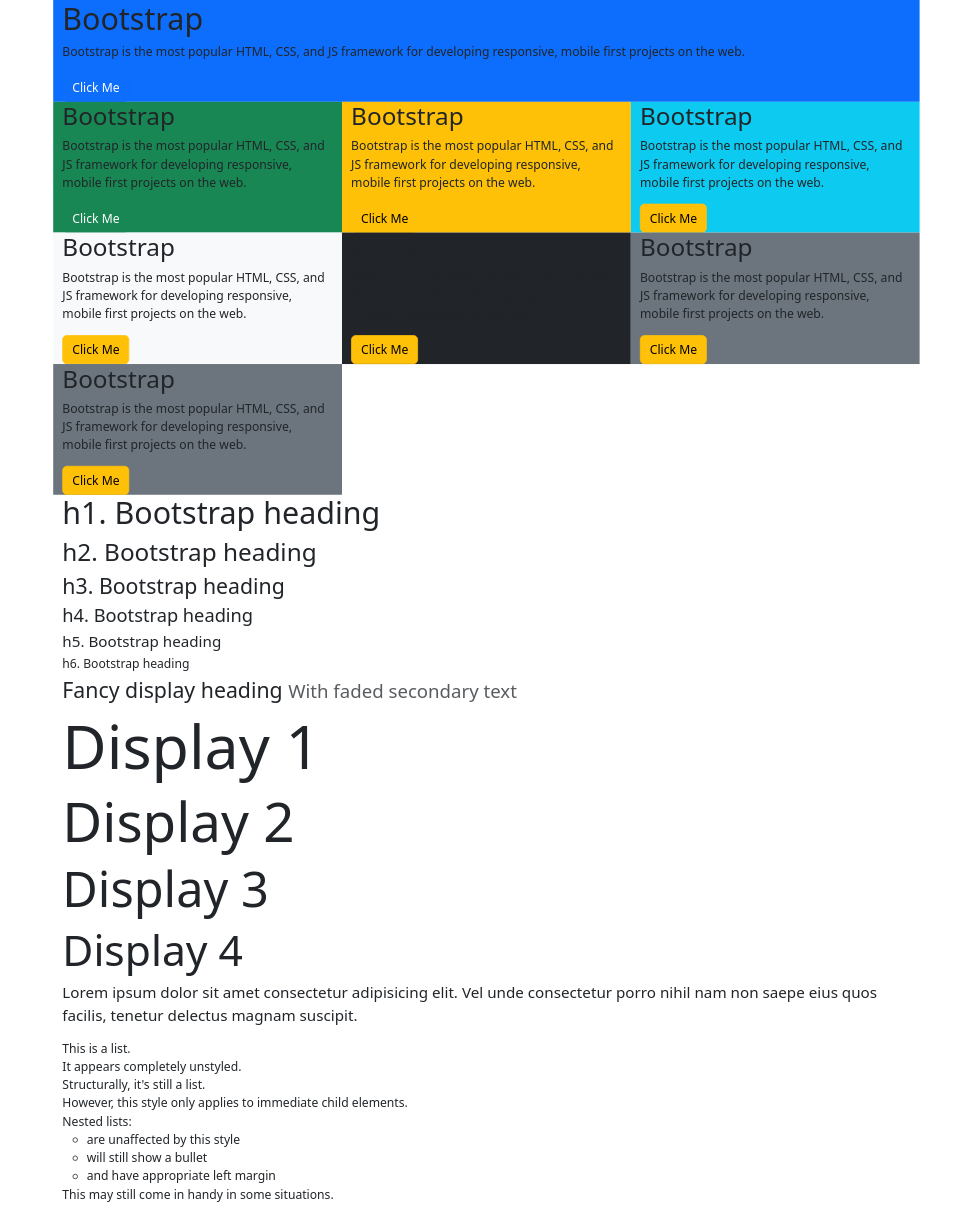
Repository: arunyerram/Web-TEChnologies
Page: b.html
An editor plug-in stored every save of this project. The page is shown before and after the next save, followed by the edit.
The browser window is 1280 px wide. The pictures show the whole page, at 76% of full size.

Above is the page before, as saved 2025-02-20 12:25:06.

### b.html
<!DOCTYPE html>
<html lang="en">
<head>
    <meta charset="UTF-8">
    <meta name="viewport" content="width=device-width, initial-scale=1.0">
    <title>Document</title>
    <script ></script>
    <link href="https://cdn.jsdelivr.net/npm/bootstrap@5.3.3/dist/css/bootstrap.min.css" rel="stylesheet" integrity="sha384-QWTKZyjpPEjISv5WaRU9OFeRpok6YctnYmDr5pNlyT2bRjXh0JMhjY6hW+ALEwIH" crossorigin="anonymous">
    <script src="https://cdn.jsdelivr.net/npm/bootstrap@5.3.3/dist/js/bootstrap.bundle.min.js" integrity="sha384-YvpcrYf0tY3lHB60NNkmXc5s9fDVZLESaAA55NDzOxhy9GkcIdslK1eN7N6jIeHz" crossorigin="anonymous"></script>
</head>
<body>
    <div class = "container ">
        <div class = "row mt-20">
            <div class = "col-sm-12 bg-primary">
                <h1>Bootstrap</h1>
                <p>Bootstrap is the most popular HTML, CSS, and JS framework for developing responsive, mobile first projects on the web.</p>
                <button class = "btn btn-primary">Click Me</button>
            </div>
        </div>

        <div class="row">
            <div class="col-sm-4 bg-success">
                <h2>Bootstrap</h2>
                <p>Bootstrap is the most popular HTML, CSS, and JS framework for developing responsive, mobile first projects on the web.</p>
                <button class="btn btn-success">Click Me</button>
            </div>
            <div class="col-sm-4 bg-warning">
                <h2>Bootstrap</h2>
                <p>Bootstrap is the most popular HTML, CSS, and JS framework for developing responsive, mobile first projects on the web.</p>
                <button class="btn btn-warning">Click Me</button>
            </div>
            <div class="col-sm-4 bg-info">
                <h2>Bootstrap</h2>
                <p>Bootstrap is the most popular HTML, CSS, and JS framework for developing responsive, mobile first projects on the web.</p>
                <button class="btn btn-warning">Click Me</button>
            </div>
            <div class="col-sm-4 bg-light">
                <h2>Bootstrap</h2>
                <p>Bootstrap is the most popular HTML, CSS, and JS framework for developing responsive, mobile first projects on the web.</p>
                <button class="btn btn-warning">Click Me</button>
            </div>
            <div class="col-sm-4 bg-dark">
                <h2>Bootstrap</h2>
                <p>Bootstrap is the most popular HTML, CSS, and JS framework for developing responsive, mobile first projects on the web.</p>
                <button class="btn btn-warning">Click Me</button>
            </div>
            <div class="col-sm-4 bg-secondary">
                <h2>Bootstrap</h2>
                <p>Bootstrap is the most popular HTML, CSS, and JS framework for developing responsive, mobile first projects on the web.</p>
                <button class="btn btn-warning">Click Me</button>
            </div>

            <div class="col-sm-4 bg-secondary">
                <h2>Bootstrap</h2>
                <p>Bootstrap is the most popular HTML, CSS, and JS framework for developing responsive, mobile first projects on the web.</p>
                <button class="btn btn-warning">Click Me</button>
            </div>

        <p class="h1">h1. Bootstrap heading</p>
        <p class="h2">h2. Bootstrap heading</p>
        <p class="h3">h3. Bootstrap heading</p>
        <p class="h4">h4. Bootstrap heading</p>
        <p class="h5">h5. Bootstrap heading</p>
        <p class="h6">h6. Bootstrap heading</p>

        <h3>
            Fancy display heading
            <small class="text-body-secondary">With faded secondary text</small>
        </h3>

        <h1 class="display-1">Display 1</h1>
        <h1 class="display-2">Display 2</h1>
        <h1 class="display-3">Display 3</h1>
        <h1 class="display-4">Display 4</h1>

        <p class="lead">Lorem ipsum dolor sit amet consectetur adipisicing elit. Vel unde consectetur porro nihil nam non saepe eius quos facilis, tenetur delectus magnam suscipit.</p>

        <ul class="list-unstyled">
            <li>This is a list.</li>
            <li>It appears completely unstyled.</li>
            <li>Structurally, it's still a list.</li>
            <li>However, this style only applies to immediate child elements.</li>
            <li>Nested lists:
              <ul>
                <li>are unaffected by this style</li>
                <li>will still show a bullet</li>
                <li>and have appropriate left margin</li>
              </ul>
            </li>
            <li>This may still come in handy in some situations.</li>
          </ul>
</body>
</html>

After the next save:
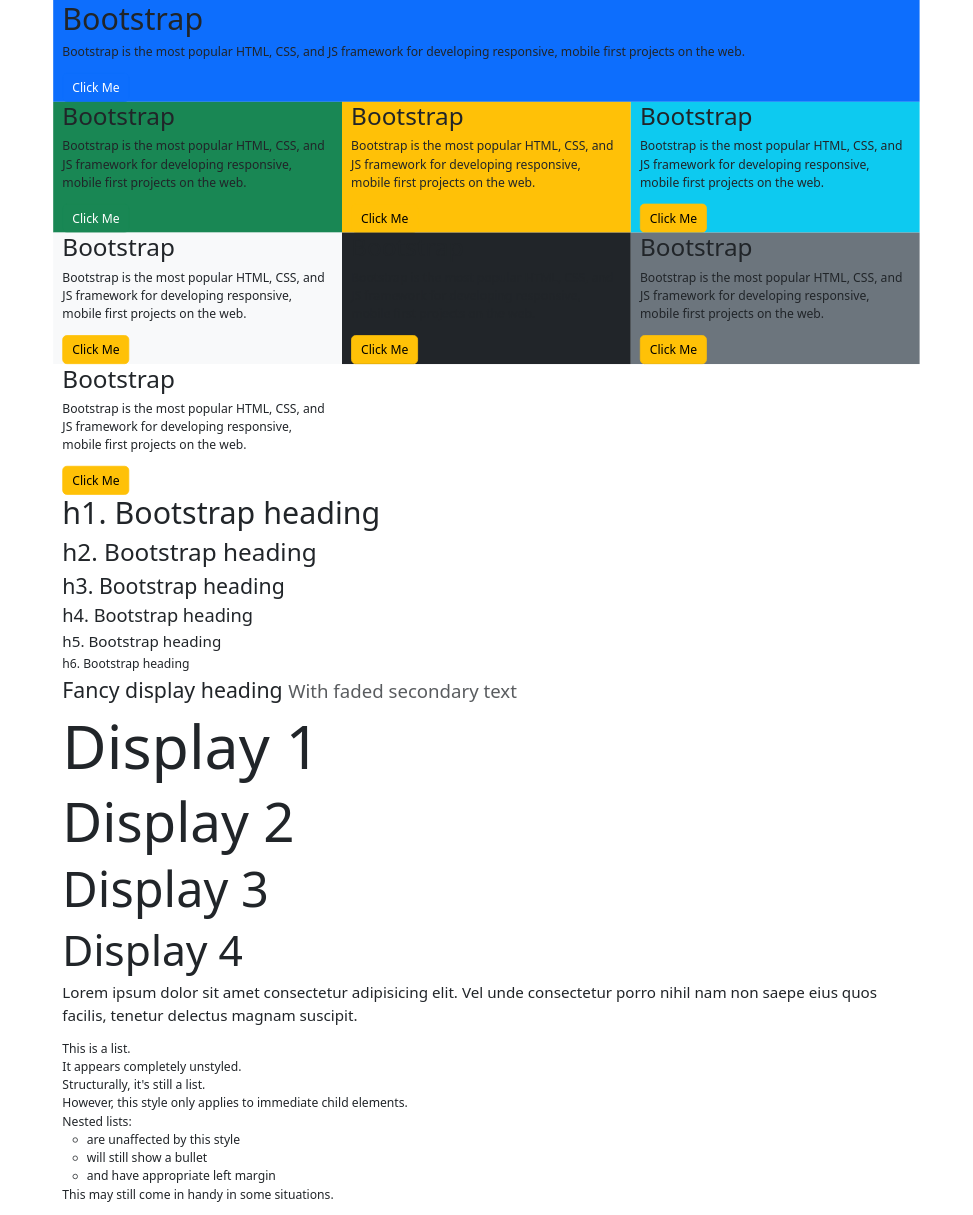
Saved 7 s later.
--- a/b.html
+++ b/b.html
@@ -50,7 +50,7 @@
                 <button class="btn btn-warning">Click Me</button>
             </div>
 
-            <div class="col-sm-4 bg-secondary">
+            <div class="col-sm-4 bg-">
                 <h2>Bootstrap</h2>
                 <p>Bootstrap is the most popular HTML, CSS, and JS framework for developing responsive, mobile first projects on the web.</p>
                 <button class="btn btn-warning">Click Me</button>
